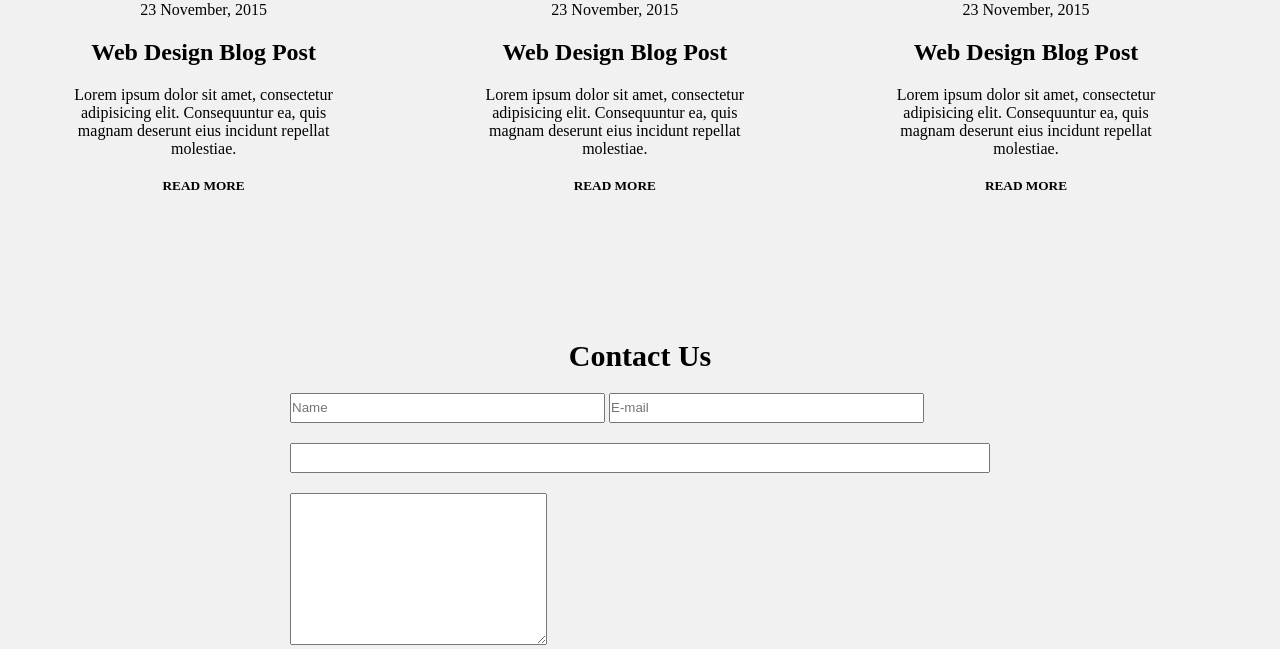
Repository: Ahmedalid/New-project
Page: Rout/index.html
An editor plug-in stored every save of this project. The page is shown before and after the next save, followed by the edit.
The browser window is 1280 px wide. The pictures show the part of the page from y = 3461 to 4110 px (the page is 4110 px tall).
A picture or video elsewhere on the page could not be fetched, so the positions and the page height are approximate.

Above is the page before, as saved 2023-05-24 19:52:07.

### Rout/index.html
<!DOCTYPE html>
<html lang="en">

<head>
    <meta charset="UTF-8">
    <meta http-equiv="X-UA-Compatible" content="IE=edge">
    <meta name="viewport" content="width=device-width, initial-scale=1.0">
    <link rel="stylesheet" href="https://cdnjs.cloudflare.com/ajax/libs/font-awesome/6.4.0/css/all.min.css">
    <link rel="stylesheet" href="css/style.css">
    <title>Document</title>
</head>

<body>
    <div class="bg-img" style="background-image: url(img/slider-02.jpg);">

        <div class="container pt">
            <div class="header-nav logo-nav">
                <h2>Fokir</h2>
            </div>
            <div class="header-nav">
                <ul>
                    <li><span class="nav-home">Home</span></li>
                    <li>About</li>
                    <li>Services </li>
                    <li>Portfolio</li>
                    <li>Testimonial</li>
                    <li>Blog </li>
                    <li>Contact</li>


                </ul>

            </div>
        </div>
        <div class="auto container">
            <h4 class="mt">Hello i'm</h4>
            <h1 class="mt">ALEX SMITH</h1>
            <p class="mt">Professional Web DesignerDesignerDeveloper</p>
        </div>

    </div>
    <div class="section-mt">
        <div class="section-2 container ">
            <div class="element-1">
                <span>
                    <img src="img/work-7.jpg" alt="Work-7">
                </span>
            </div>
            <div class="element-1">
                <h1><span>I</span>HELLO,</h1>
                <p class="mt">
                    Lorem ipsum dolor sit amet, consectetur adipisicing elit, sed do eiusmod tempor incididunt ut labore
                    et dolore magna aliqua. Ut enim ad minim veniam, quis nostrud exercitation ullamco laboris nisi ut
                    aliquip ex ea commodo consequat. Duis aute irure dolor in reprehenderit in voluptate velit esse
                    cillum dolore eu fugiat nulla pariatur. Excepteur sint occaecat cupidatat non proident, sunt in
                    culpa qui officia deserunt mollit anim id est laborum.
                </p>
                <div class="mt border"> </div>
                <div class="Name mt">
                    <div class="mt">Name: Rdam smith</div>
                    <div class="mt">Age: 26 Year</div>
                    <div class="mt">Freelance: Available</div>
                </div>
                <div class="Name mt">
                    <div class="mt">Job Title: UI/UX Designe</div>
                    <div class="mt">Location: United States, US</div>
                    <div class="mt">E-mail: example@gmail.com</div>
                </div>
                <div class="mt">
                    <button class="btn">Download CV <span><i class="fa fa-download"
                                aria-hidden="true"></i></span></button>

                    <button class="btn">Hire My <span><i class="fa fa-paper-plane"
                                aria-hidden="true"></i></span></button>
                </div>


            </div>
        </div>
    </div>
    <!-- section-3 -->
    <div class="section-bg">
        <section class="section-mt  ">
            <h1 class="pt">Our Services</h1>
            <div class="mt ">
                <div class="Services text-center">
                    <span class="mt"><i class="fa-solid fa-pen text-color"></i></span>
                    <h2 class="mt">UI/UX DESIGN</h2>
                    <p class="mt"> Lorem ipsum dolor sit amet, consectetur adipisicing elit. Ratione adipisci mollitia
                        quis
                        necstatibus.</p>
                </div>
                <div class="Services text-center">
                    <span class="mt"><i class="fa-solid fa-pen text-color"></i></span>
                    <h2 class="mt">APP DEVELOPMENT</h2>
                    <p class="mt"> Lorem ipsum dolor sit amet, consectetur adipisicing elit. Ratione adipisci mollitia
                        quis
                        necstatibus.</p>
                </div>
                <div class="Services text-center">
                    <span class="mt"><i class="fa-solid fa-pen text-color"></i></span>
                    <h2 class="mt">PRODUCT DESIGN</h2>
                    <p class="mt"> Lorem ipsum dolor sit amet, consectetur adipisicing elit. Ratione adipisci mollitia
                        quis
                        necstatibus.</p>
                </div>
                <div class="Services text-center">
                    <span class="mt"><i class="fa-solid fa-pen text-color"></i></span>
                    <h2 class="mt">UI/UX DESIGN</h2>
                    <p class="mt"> Lorem ipsum dolor sit amet, consectetur adipisicing elit. Ratione adipisci mollitia
                        quis
                        necstatibus.</p>
                </div>

            </div>
        </section>
    </div>
    <!-- section-4 -->
    <div class="">
        <section class="section-mt  ">
            <h1 class="pt">Our Portfolio</h1>
            <div class="text-center">
                <p class="p-Our">All</p>
                <p class="p-Our">GRAPHIC</p>
                <p class="p-Our">WEB DESIGN</p>
                <p class="p-Our">PRADNIG</p>
            </div>
            <div class="mt container">
                <div class="Portfolio text-center">
                    <span>
                        <img src="img/1.jpg" alt="">
                    </span>
                </div>
                <div class="Portfolio text-center">
                    <span>
                        <img src="img/2.jpg" alt="">
                    </span>
                </div>
                <div class="Portfolio text-center">
                    <span>
                        <img src="img/3.jpg" alt="">
                    </span>
                </div>
                <div class="Portfolio text-center">
                    <img src="img/5.jpg" alt="">
                </div>
                <div class="Portfolio text-center">
                    <img src="img/4.jpg" alt="">
                </div>
                <div class="Portfolio text-center">
                    <img src="img/6.jpg" alt="">
                </div>

            </div>
        </section>
    </div>

    <div class="section-bg">
        <section class="section-mt  ">
            <div class="mt ">
                <div class="Services text-center">
                    <span class="mt"><i class="fa-solid fa-pen text-color"></i></span>
                    <h2 class="mt">7</h2>
                    <p class="mt">Lorem, ipsum dolor.</p>
                </div>
                <div class="Services text-center">
                    <span class="mt"><i class="fa-solid fa-pen text-color"></i></span>
                    <h2 class="mt">9</h2>
                    <p class="mt"> Lorem ipsum dolor sit..</p>
                </div>
                <div class="Services text-center">
                    <span class="mt"><i class="fa-solid fa-pen text-color"></i></span>
                    <h2 class="mt">5</h2>
                    <p class="mt">Lorem ipsum dolor sit..</p>
                </div>
                <div class="Services text-center">
                    <span class="mt"><i class="fa-solid fa-pen text-color"></i></span>
                    <h2 class="mt">7</h2>
                    <p class="mt"> Lorem, ipsum dolor.</p>
                </div>

            </div>
        </section>
    </div>
    <section class="section-mt">
        <h1 class="text-center">Client's Feedback</h1>
        <div class="text-center mt">
            <img src="img/2 (1).jpg" alt="" class="w-3">
        </div>
    </section>
    <div class="section-bg">
        <section class="section-mt  ">
            <h1 class="pt">Our Blog</h1>
            <div class="mt ">
                <div class="Blog text-center">
                    <span class="mt">
                        <img src="img/1 (1).jpg" alt="">
                    </span>
                    <p class="mt">23 November, 2015</p>
                    <h2 class="mt"> Web Design Blog Post </h2>
                    <p class="mt">Lorem ipsum dolor sit amet, consectetur adipisicing elit. Consequuntur ea, quis magnam deserunt
                        eius incidunt repellat molestiae.</p>
                        <h5 class="mt">READ MORE </h5>


                </div>
                <div class="Blog text-center">
                    <span class="mt">
                        <img src="img/1 (1).jpg" alt="">
                    </span>
                    <p class="mt">23 November, 2015</p>
                    <h2 class="mt"> Web Design Blog Post </h2>
                    <p class="mt">Lorem ipsum dolor sit amet, consectetur adipisicing elit. Consequuntur ea, quis magnam deserunt
                        eius incidunt repellat molestiae.</p>
                        <h5 class="mt">READ MORE </h5>


                </div>
                <div class="Blog text-center">
                    <span class="mt">
                        <img src="img/1 (1).jpg" alt="">
                    </span>
                    <p class="mt">23 November, 2015</p>
                    <h2 class="mt"> Web Design Blog Post </h2>
                    <p class="mt">Lorem ipsum dolor sit amet, consectetur adipisicing elit. Consequuntur ea, quis magnam deserunt
                        eius incidunt repellat molestiae.</p>
                        <h5 class="mt">READ MORE </h5>


                </div>



            </div>
        </section>
        <section class="section-mt">
            <div class="text-center">
                <h1>Contact Us</h1>

            </div>
            <div class="Contact">
                <div class="mt">
                 <input type="text" placeholder="Name" class="w-5 h-input" name="" id="">
                <input type="text" name="" id="" placeholder="E-mail" class="w-5 input-l h-input">
                <input type="text" class="w-10 mt h-input" name="" id="">
                <textarea name="" class="mt" id="" cols="30" rows="10"></textarea>
                </div>
            </div>
        </section>
    </div>
</body>

</html>

### Rout/css/style.css
*{
    margin: 0;
    padding: 0;
    box-sizing: border-box;
}
.container{
    margin: auto 111px;
}
.bg-img{
    background-repeat: no-repeat;
    background-size: cover;
    height: 100vh;
}
.header-nav{
    display: inline-block;
    width: 49%;
    color: white;
}
.pt{
    padding-top: 25px;
}
.mt{
    margin-top: 20px;
}
.logo-nav h2{
    color: #ff305b;
    font-weight: bold;
    cursor: pointer;
    transition: 1.5s;
}
.logo-nav h2:hover{
    text-decoration: underline;
}
.header-nav ul li{
    display: inline-block;
    padding-left: 17px;
}
.nav-home{
    color: #ff305b;
}
.header-nav ul li:hover{
    text-decoration: underline;
    color: #ff305b;
    cursor: pointer;
}
.auto{
    /* margin: auto; */
    padding-top: 230px;
    color: white;
    text-align: center;
    font-weight: bold;
}
.element-1{
    display: inline-block;
    width: 49%;
    vertical-align: top;
}
.element-1 h1 span{
    color: #ff305b;
}
.border{
    border: dotted 1px black;
}
.Name{
    display: inline-block;
    width: 48%;
}
.section-mt{
    margin-top: 30px;
}
.btn{
    border: none;
    outline: none;
    background-color: #ff305b;
    color: white;
    padding: 12px;
    border-radius: 10px;
    cursor: pointer;
    transition: 0.5s;
}
.btn:hover{
    background-color: #ec2403;
}
.btn span i{
    margin-left: 7px;
}
.section-mt h1{
    text-align: center;
    font-size: 30px;
    font-weight: bold;
    padding-top: 100px;
}
.section-bg{
    background-color: #f1f1f1;

}
.Services{
    margin: auto 50px;
    display: inline-block;
    width: 15%;
    padding: 15px;
    cursor: pointer;
    transition: width 2s;
}
.text-color{
    color: #ff305b;
}
.text-center{
    text-align: center;
}
.Services:hover{
    background-color: white;
    width: 20%;

}

.Portfolio{
    /* margin: auto 50px; */
    display: inline-block;
    width: 33%;
    /* padding: 15px; */
    cursor: pointer;
    transition: width 2s;
}
img{
    width: 100%;
}
.p-Our{
    display: inline-block;
    text-align: center;
    margin-top: 15px;
    padding-left: 20px;
    transition: all 0.5s;
    cursor: pointer;
}
.p-Our:hover{
    border-bottom: 1px solid #ff305b;
}
.w-3{
    width: 30%;
}
.Blog{
    margin: auto 50px;
    display: inline-block;
    width: 24%;
    padding: 15px;
    cursor: pointer;
    transition: width 2s;
}
.Contact{
    margin: auto 290px;
}
.w-5{
    width: 45%;
}
.h-input{
    height: 30px;
}
.w-10{
    width: 100%;
}
.input-l{
    /* margin-left: 250px; */
}

After the next save:
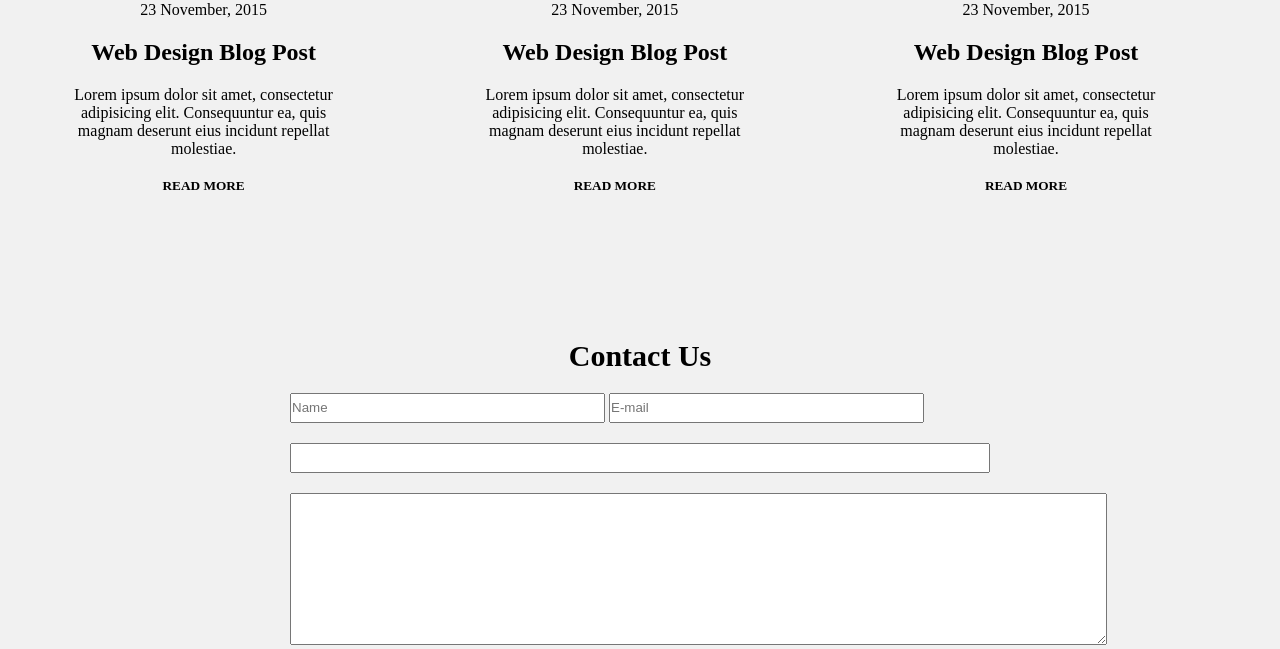
Saved 6 s later.
--- a/Rout/index.html
+++ b/Rout/index.html
@@ -243,7 +243,7 @@
                  <input type="text" placeholder="Name" class="w-5 h-input" name="" id="">
                 <input type="text" name="" id="" placeholder="E-mail" class="w-5 input-l h-input">
                 <input type="text" class="w-10 mt h-input" name="" id="">
-                <textarea name="" class="mt" id="" cols="30" rows="10"></textarea>
+                <textarea name="" class="mt" id="" cols="100" rows="10"></textarea>
                 </div>
             </div>
         </section>
